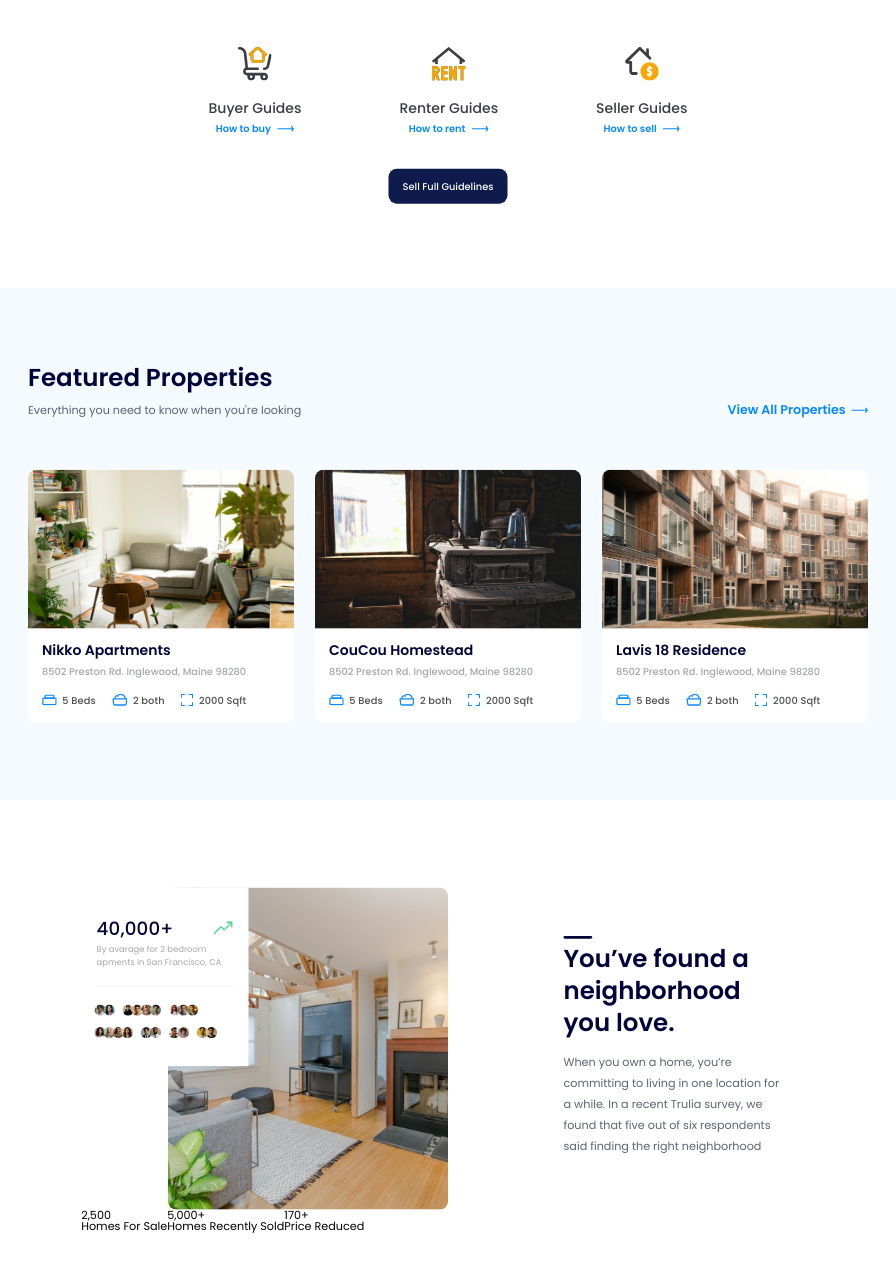
Repository: Tibi2003/f8-htmlcss-01
Page: index.html
An editor plug-in stored every save of this project. The page is shown before and after the next save, followed by the edit.
The browser window is 1280 px wide. The pictures show the part of the page from y = 1620 to 3540 px (the page is 3430 px tall before and 3540 px after), at 70% of full size.
A picture or video elsewhere on the page could not be fetched, so the positions and the page height are approximate.

Above is the page before, as saved 2024-02-24 15:39:33.

After the next save:
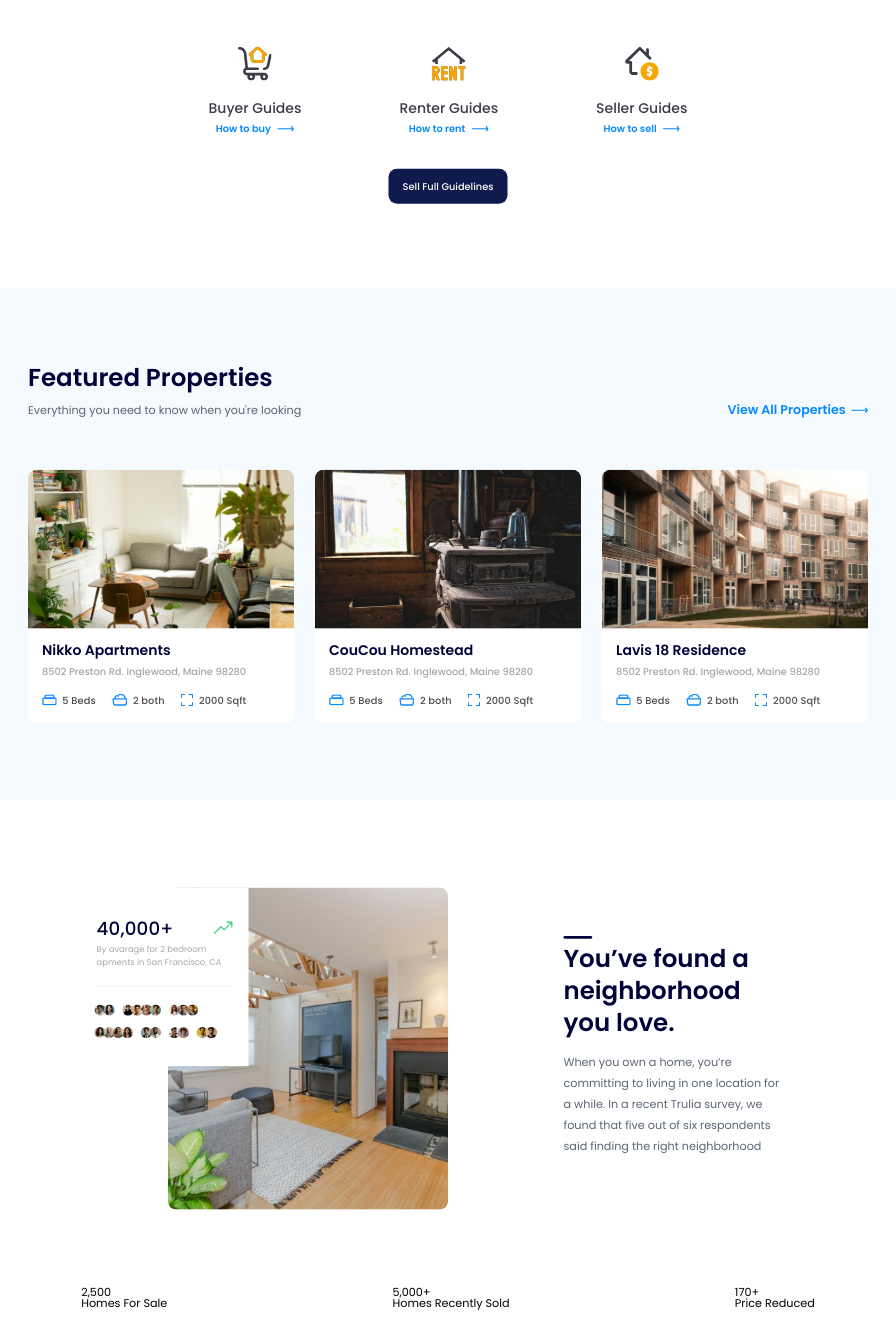
Saved 50 s later.
--- a/assets/css/styles.css
+++ b/assets/css/styles.css
@@ -459,3 +459,8 @@
 	line-height: 1.88;
 	color: #5a6473;
 }
+
+.stats .row-qty {
+	margin-top: 110px;
+	justify-content: space-between;
+}
